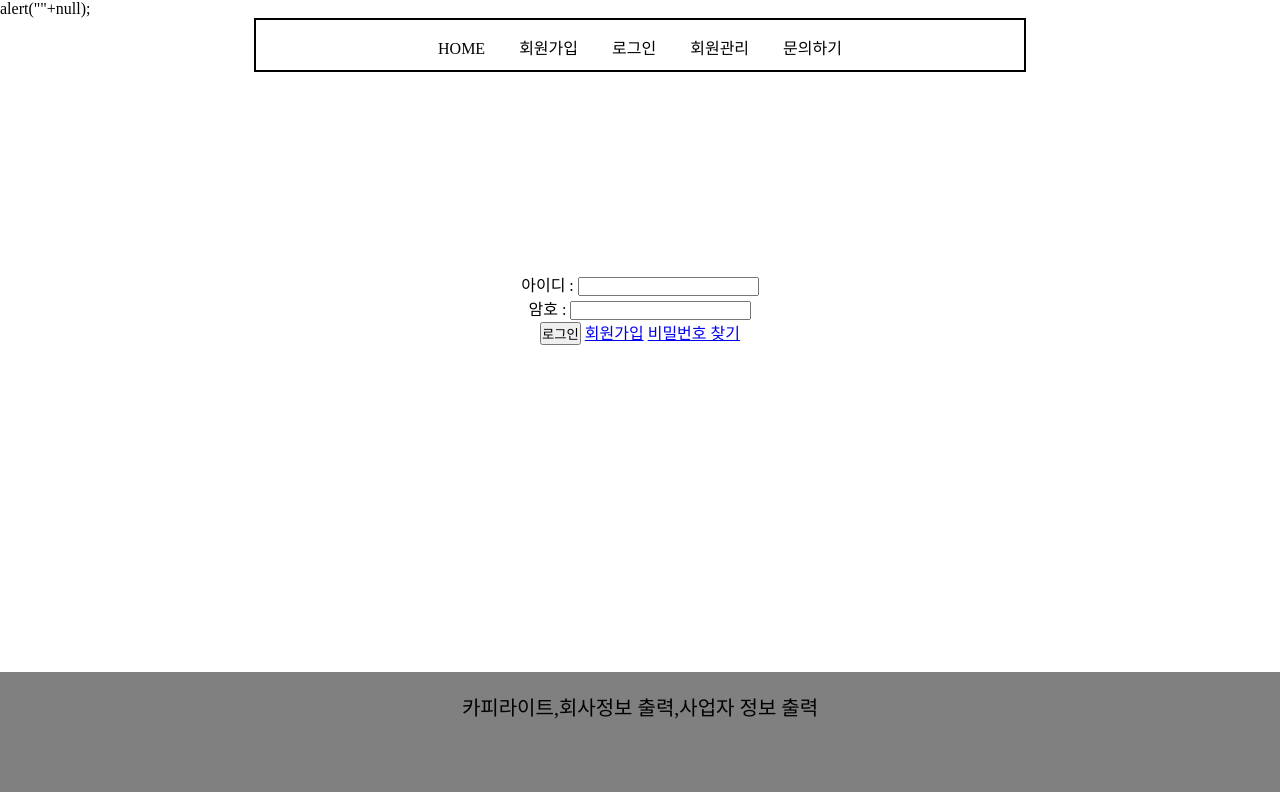
Repository: BangHoJung/jsp2
Page: http://localhost/MemberManager_0111__/member/login.jsp
These files come from the project's save history. The page is drawn as it stood at one moment and after the next save; the edit follows.
The browser window is 1280 px wide. The pictures show the whole page.
The page is served by Tomcat 9. Other server files are loaded and not shown.

Above is the page before, as saved 2021-01-12 05:37:44.

### MemberManager(0111~)/WebContent/member/login.jsp
<%@ page language="java" contentType="text/html; charset=UTF-8"
    pageEncoding="UTF-8"%>
<!DOCTYPE html>
<html>
<head>
<meta charset="UTF-8">
<title>Insert title here</title>
<script src="https://ajax.googleapis.com/ajax/libs/jquery/3.5.1/jquery.min.js"></script>
<script type="text/javascript">
	$(function() {

	});
</script>

<style type="text/css">
	* {
		margin:0;
		padding:0;
	}

	#container {
		width:100%;
		text-align: center;
	}

	nav {
		padding-top:200px;
		height: 400px;
	}

	button {
		display: inline-block;
	}
</style>
</head>
<body>
	<% if(session.getAttribute("alert") != null)
		%><script>
			alert(""+<%=session.getAttribute("alert")%>);
		</script><%
		//session.setAttribute("alert", null);
	%>
	<div id="container">
		<jsp:include page="/template/header.jsp" flush="false"></jsp:include>

		<nav>
			<%
				boolean flag = false;
				if(session.getAttribute("login") != null)
					flag = (boolean)session.getAttribute("login");
				if(flag) {
					%>
					<%-- <%=session.getAttribute("name") %> 님이 로그인 하셨습니다.<br>
					<a href="<%=request.getContextPath() %>/member/process/logout_process.jsp">로그아웃</a> | <a href="<%=request.getContextPath() %>/member/member_update_view.jsp">정보수정</a> --%>
					<%
				}
				else { %>
					<form action="<%=request.getContextPath() %>/LoginServlet" method="post">
						아이디 : <input type="text" name="id">  <br>
						암호 : <input type="password" name="pass"> <br>
						<button type="submit">로그인</button>
						<a href="register.jsp" type="button">회원가입</a>
						<a href="find_pass.jsp" type="button" >비밀번호 찾기</a>
					</form>
				<%
				}
			%>

		</nav>

		<jsp:include page="/template/footer.jsp" flush="false"></jsp:include>

	</div>
</body>
</html>

### MemberManager(0111~)/WebContent/template/header.jsp
<%@ page language="java" contentType="text/html; charset=UTF-8"
    pageEncoding="UTF-8"%>
    <style>
		header {
			border:2px solid black;
			margin:0 auto;
			width:60%;
			height: 50px;
		}
		ul {
			list-style: none;
			text-align: center;
		}
		li {
			display: inline-block;
			padding: 15px 15px 0px 15px;
		}
		li a:link, li a:visited {
			text-decoration: none;
			color:black;
		}
		li a:hover {
			color:red;
		}

		#name {
			font-size:15px;
			color:blue;
			float:right;
			display: inline-block;
		}

		#name > img {
			width:30px;
			height: 30px;
		}

		#name span {
			padding-bottom:15px;
		}
	</style>

	<header>
		<ul>
			<li><a href="<%=request.getContextPath() %>/index.jsp">HOME</a></li>
			<%
				boolean flag = false;
				if(session.getAttribute("login") != null)  {
					flag = (boolean)session.getAttribute("login");
				}
				if(flag) {
					String name = (String)session.getAttribute("name");
					String grade = (String)session.getAttribute("grade");
					%>
					<li><a href="<%=request.getContextPath() %>/member/process/logout_process.jsp">로그아웃</a></li>
					<li><a href="<%=request.getContextPath() %>/member/member_update_view.jsp">회원정보변경</a></li>
					<%
					if(grade.equals("master") ) {
						%>
						<li><a href="<%=request.getContextPath() %>/manage/member_manage.jsp">회원관리</a></li>
						<%
					}
					%>
					<li><a href="#">문의하기</a></li>
					<!-- div로 구성해서 따로 배치 -->
					<li id="name"><img src="<%=request.getContextPath() %>/img/<%=grade%>.png"><span><%=name %>님 로그인 하셨습니다.</span></li>
					<%
				}
				else {
					%>
					<li><a href="<%=request.getContextPath() %>/member/register.jsp">회원가입</a></li>
					<li><a href="<%=request.getContextPath() %>/member/login.jsp">로그인</a></li>
					<li><a href="#">회원관리</a></li>
					<li><a href="#">문의하기</a></li>
					<%
				}
				%>
		</ul>
	</header>

### MemberManager(0111~)/WebContent/template/footer.jsp
<%@ page language="java" contentType="text/html; charset=UTF-8"
    pageEncoding="UTF-8"%>
    <style>
		footer {
			height: 100px;
			background-color: gray;
			text-align: center;
			font-size:20px;
			padding-top:20px;
		}
	</style>
	<footer>
		카피라이트,회사정보 출력,사업자 정보 출력
	</footer>

After the next save:
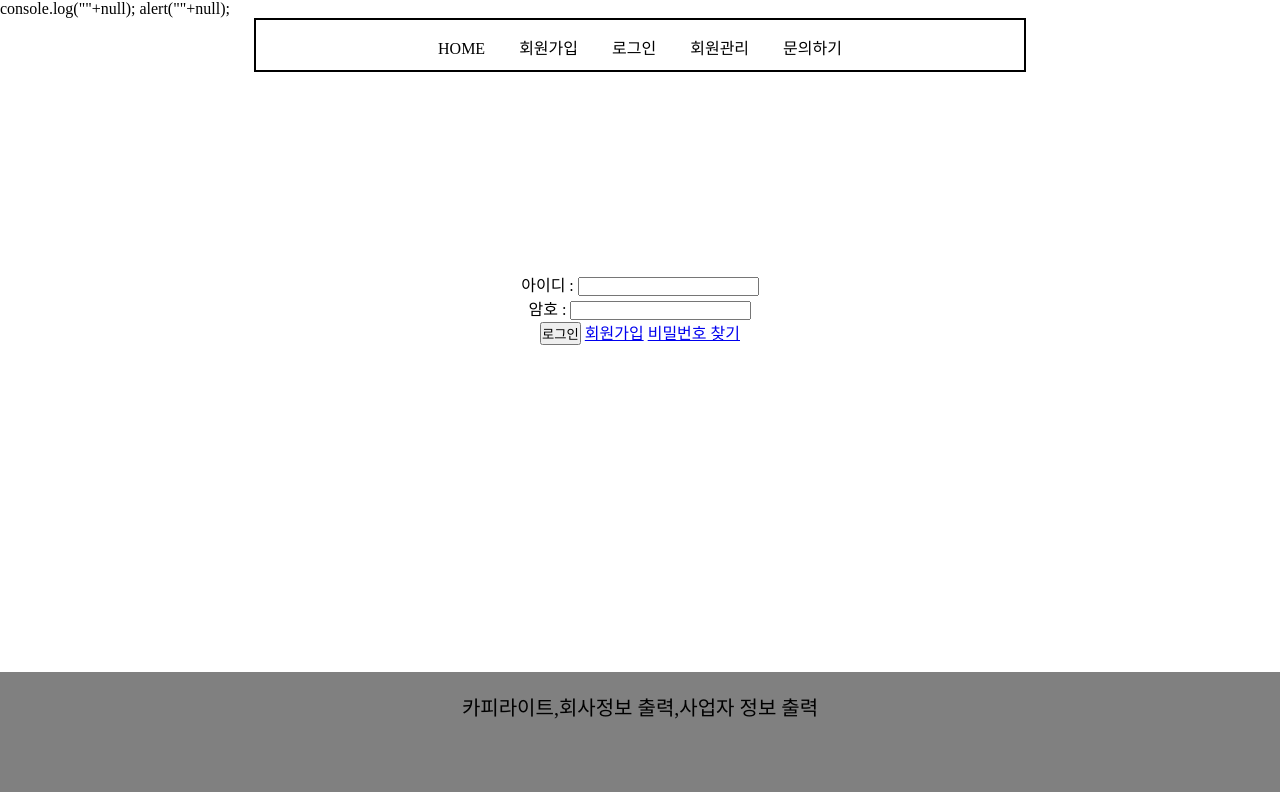
Saved 17 s later.
--- a/MemberManager(0111~)/WebContent/member/login.jsp
+++ b/MemberManager(0111~)/WebContent/member/login.jsp
@@ -36,6 +36,7 @@
 <body>
 	<% if(session.getAttribute("alert") != null)
 		%><script>
+			console.log(""+<%=session.getAttribute("alert")%>);
 			alert(""+<%=session.getAttribute("alert")%>);
 		</script><%
 		//session.setAttribute("alert", null);
